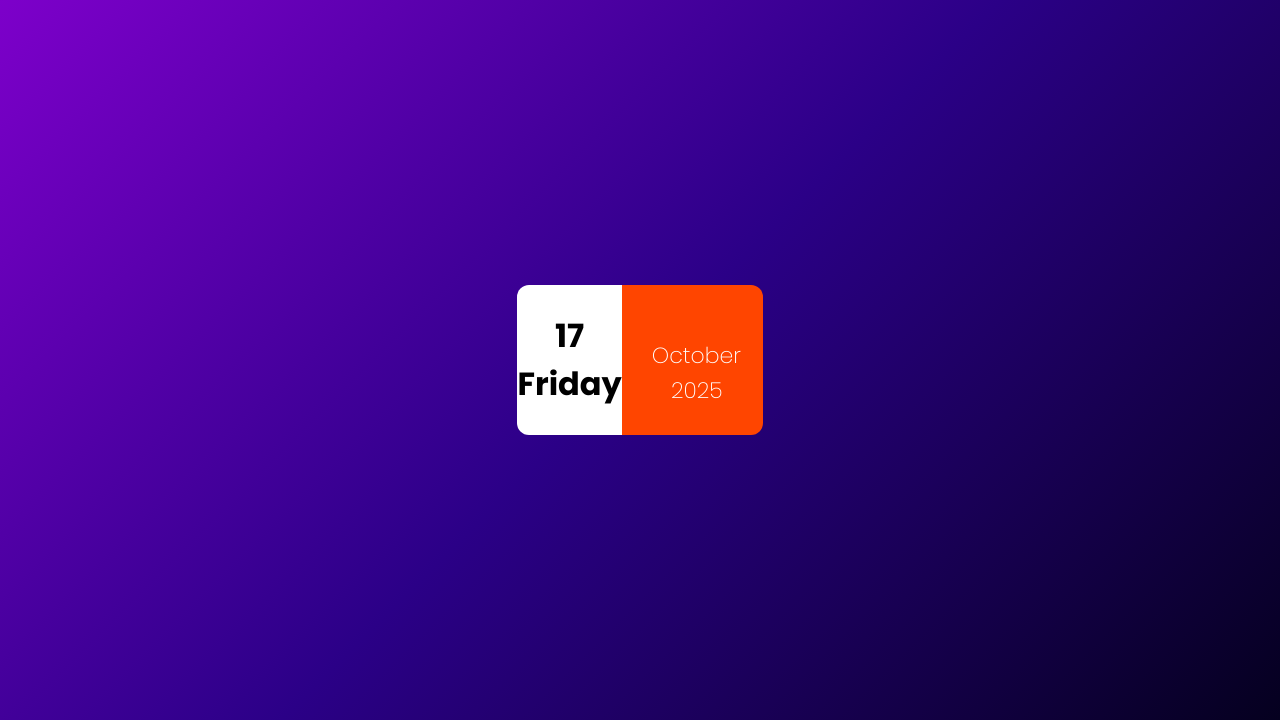
Repository: Ankitkr2021/Calendar
Page: index.html
An editor plug-in stored every save of this project. The page is shown before and after the next save, followed by the edit.
The browser window is 1280 px wide. The pictures show the whole page.

Above is the page before, as saved 2025-10-17 19:32:59.

### index.html
<!DOCTYPE html>
<html lang="en">
<head>
    <meta charset="UTF-8">
    <meta name="viewport" content="width=device-width, initial-scale=1.0">
    <title>Document</title>
    <link rel="stylesheet" href="./style.css">
</head>
<body>
    <div class="box">
        <div class="date">
            <h1>
            <div class="din"> 17</div>
            <div class="day"> Friday</div>
            </h1>
        </div>
        <div class="month">
            <div class="mon">October</div>
            <div class="year">2025</div>
        </div>
    </div>
</body>
</html>

### style.css
@import url('https://fonts.googleapis.com/css2?family=Poppins:wght@100;200;300;400;500;600;700;800;900&display=swap');

*{
    margin: 0;
    padding: 0;
    box-sizing: border-box;
    font-family: "Poppins",sans-serif;
}

.box {
    display: flex;
    align-items: center;
    justify-content: center;
    height: 100vh;
    background: linear-gradient(135deg, #7d00ca, #2b0087 50%, #05001f 100%);
    color: #fff;
}

.date {
    background: #fff;
    color: #000;
    height: 150px;
    display: flex;
    align-items: center;
    justify-content: center;
    border-top-left-radius: 12px;
    border-bottom-left-radius: 12px;
}

.din {
    text-align: center;
}

.mon {
    /* display: flex;
    align-items: center;
    justify-content: center; */
    position: relative;
    left: 30px;
    top: 5px;
    font-size: 22px;
    font-weight: 200;
    margin-bottom: 20px;
}

.year {
    /* background: #fff; */
    position: relative;
    right: 40px;
    top: 30px;
     font-size: 22px;
    font-weight: 200;
}

.month{
    background: orangered;
    height: 150px;
    display: flex;
    align-items: center;
    justify-content: center;
    border-top-right-radius: 12px;
    border-bottom-right-radius: 12px;

}

After the next save:
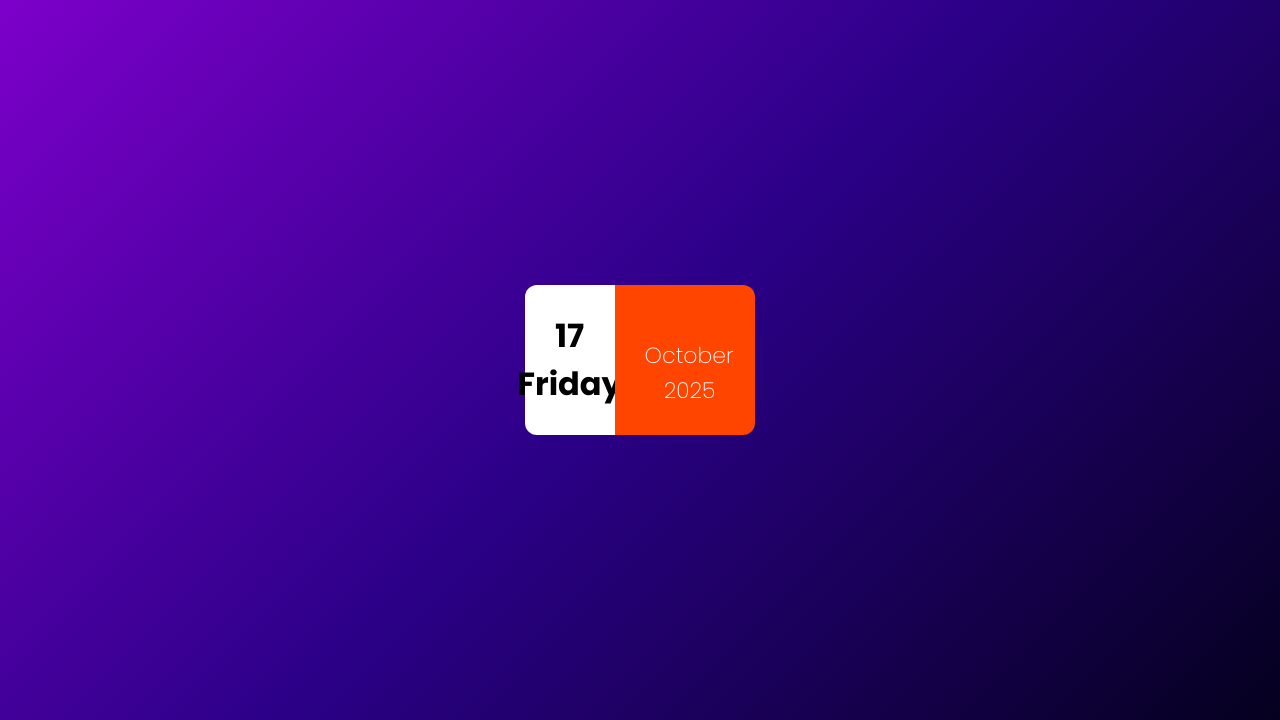
Saved 14 s later.
--- a/style.css
+++ b/style.css
@@ -20,6 +20,7 @@
     background: #fff;
     color: #000;
     height: 150px;
+    width: 90px;
     display: flex;
     align-items: center;
     justify-content: center;
